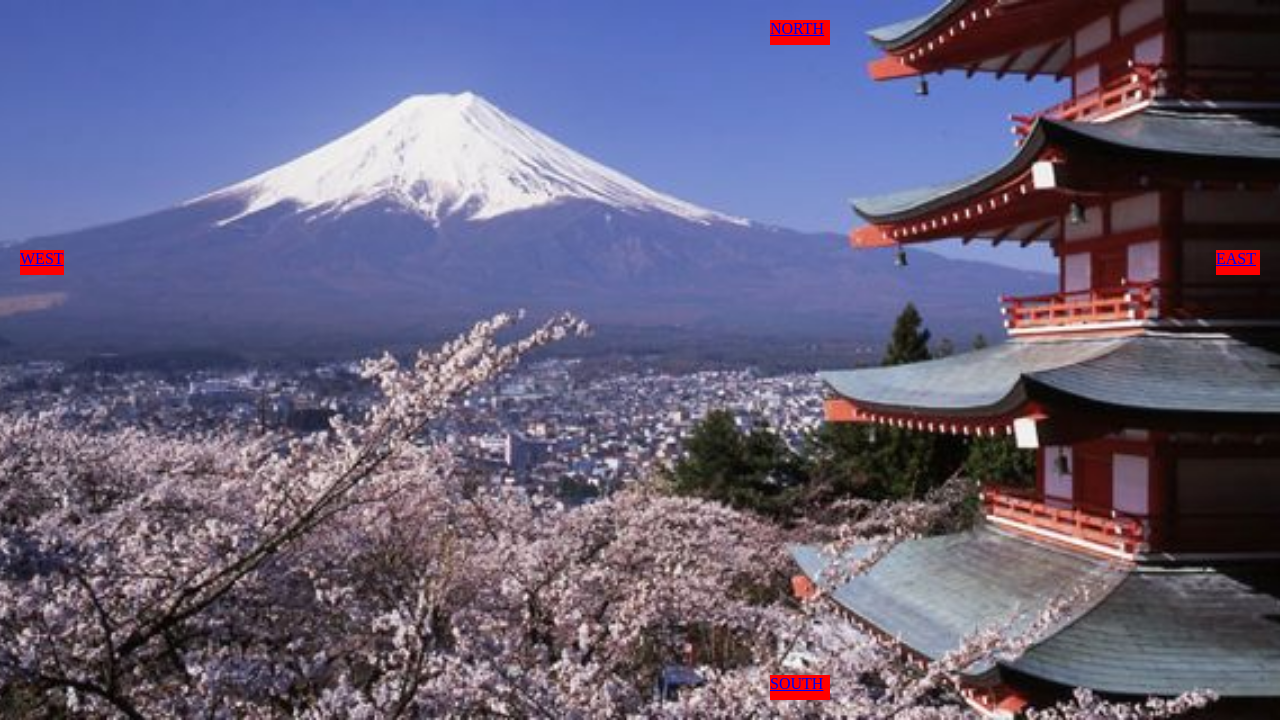
Repository: akihm683/akihm683.github.io
Page: map/japan/japan.html
The author's editor kept a record of every edit. The page is drawn from the files as they stood at one moment, then again after the next edit.
The browser window is 1280 px wide. The pictures show the whole page.

Above is the page before.

After the next edit:
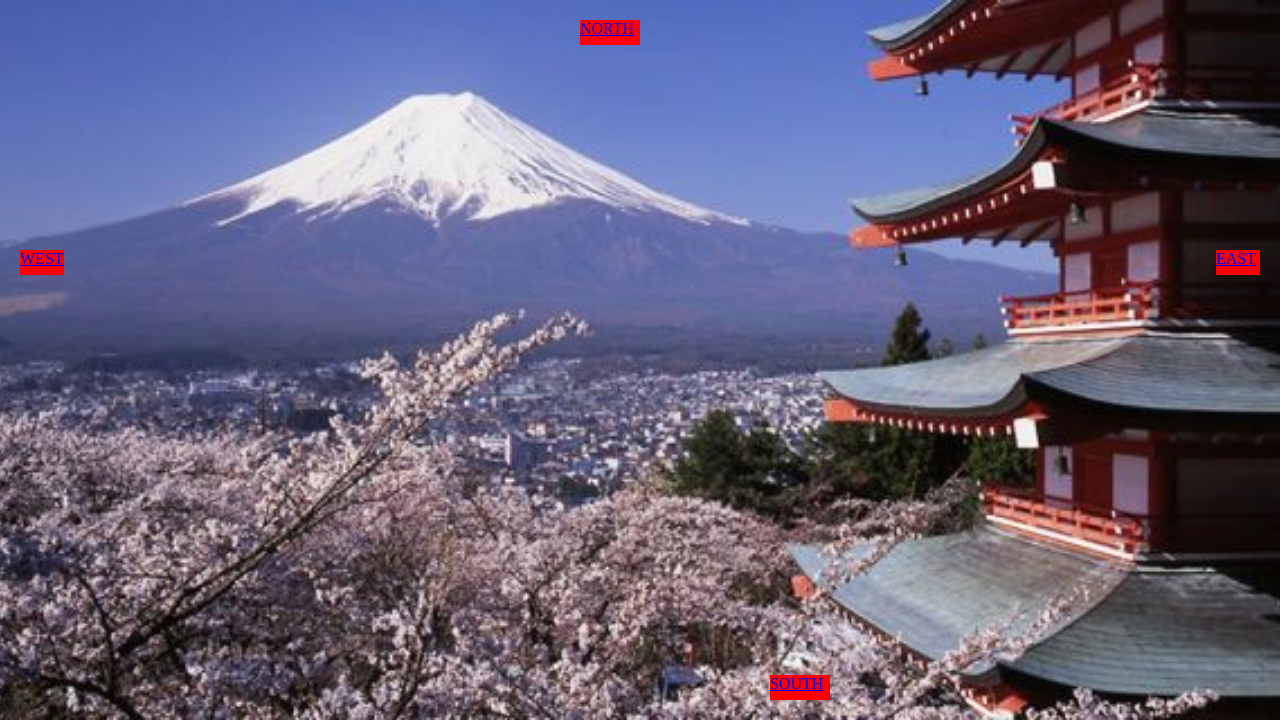
The edit:
--- a/map/japan/japan.html
+++ b/map/japan/japan.html
@@ -2,7 +2,7 @@
 <html>
     <head>
         <title>THE MAP</title>
-        <link href="Japan.css" rel="stylesheet">
+        <link href="japan.css" rel="stylesheet">
             </head>
     <body>
        <div class="north"><a href="../russia/russia.html">NORTH</a></div>
